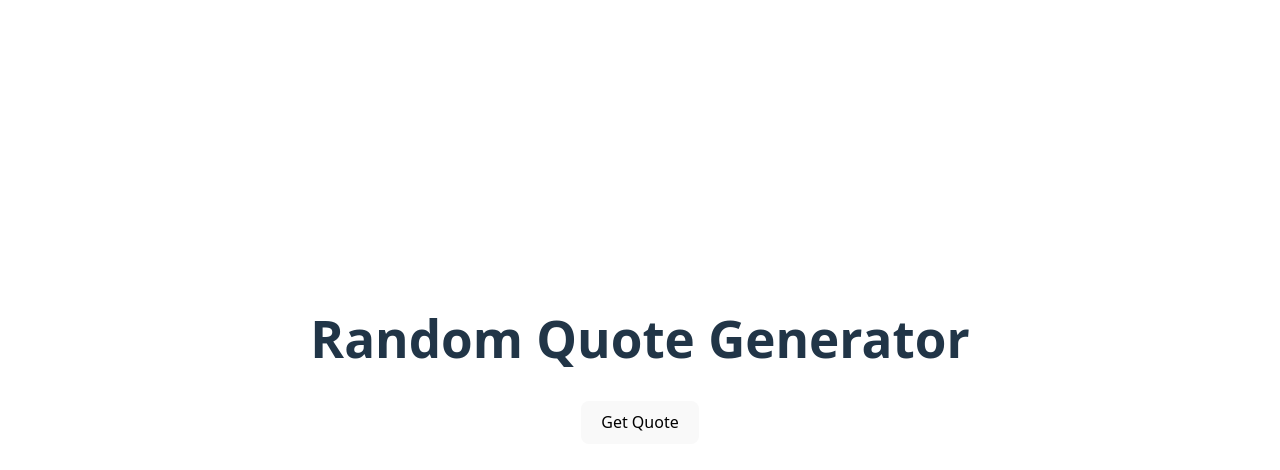
Repository: Vaibhav979/Quote-Generator
Page: / (app in QuoteGen-View/)
An editor plug-in stored every save of this project. The page is shown before and after a run of saves, followed by the edit.
The browser window is 1280 px wide. The pictures show the whole page.
The project was rebuilt for these pictures with package versions that can differ from the ones it lists, and the page was loaded fresh each time. Also part of the build but not shown: QuoteGen-View/vite.config.js.

Above is the page before, as saved 2025-08-12 23:36:01.

After the next 5 saves:
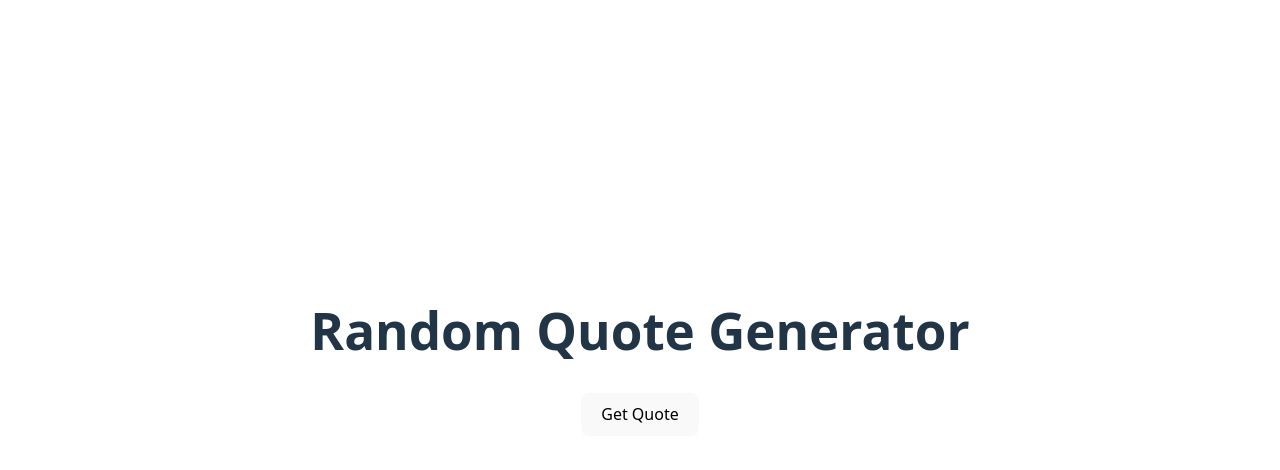
The 5 saves are shown as one change because they came seconds apart.
The last was saved 23 s later.
--- a/QuoteGen-View/src/App.jsx
+++ b/QuoteGen-View/src/App.jsx
@@ -1,29 +1,30 @@
-import { useState } from 'react'
-import reactLogo from './assets/react.svg'
-import viteLogo from '/vite.svg'
-import './App.css'
+import { useState } from "react";
+import reactLogo from "./assets/react.svg";
+import viteLogo from "/vite.svg";
+import "./App.css";
 
 function App() {
-  const [quote, setQuote] = useState("")
+  const [quote, setQuote] = useState("");
 
   const fetchQuote = async () => {
     try {
       const res = await fetch("http://localhost:8080/quote");
       const text = await res.text();
       setQuote(text);
-    }catch (error) {
+    } catch (error) {
       setQuote("Error fetching quote");
     }
   };
 
   return (
     <>
-    <div>
-      <h1>Random Quote Generator</h1>
-      <button onClick={fetchQuote}>Get Quote</button>
-    </div>
+      <div>
+        <h1>Random Quote Generator</h1>
+        <button onClick={fetchQuote}>Get Quote</button>
+        <p>{quote}</p>
+      </div>
     </>
-  )
+  );
 }
 
-export default App
+export default App;
